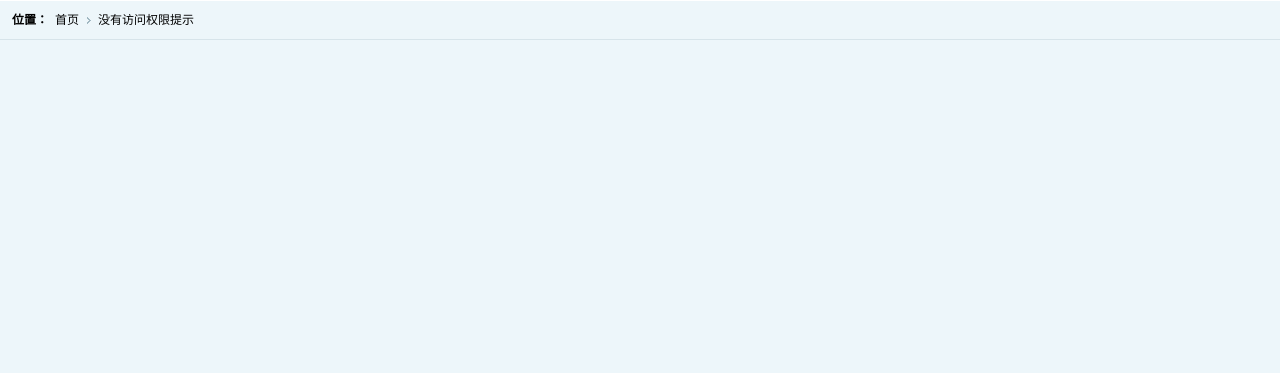
Repository: kyrieqing1/logistics
Page: http://localhost/logistics-manager-web/refuse.jsp
These files come from the project's save history. The page is drawn as it stood at one moment and after the next save; the edit follows.
The browser window is 1280 px wide. The pictures show the whole page.
The page is served by Tomcat 9. Nobody is signed in. The application's start-up code is not run.

Above is the page before, as saved 2019-06-24 07:49:24.

After the next save:
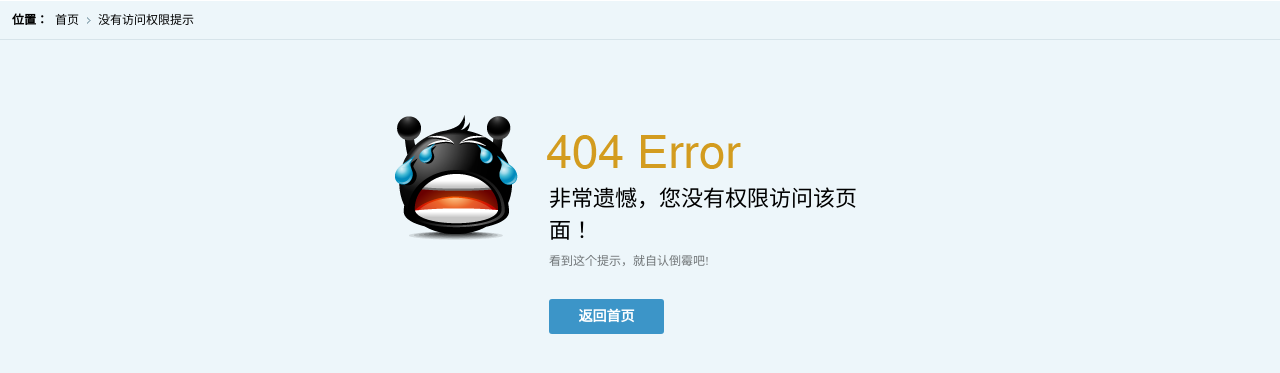
Saved 93 s later.
--- a/logistics-parent/logistics-manager/logistics-manager-web/src/main/webapp/refuse.jsp
+++ b/logistics-parent/logistics-manager/logistics-manager-web/src/main/webapp/refuse.jsp
@@ -30,3 +30,16 @@
             <li><a href="#">没有访问权限提示</a></li>
         </ul>
     </div>
+    <div class="error">
+        <h2>非常遗憾，您没有权限访问该页面！</h2>
+        <p>看到这个提示，就自认倒霉吧!</p>
+        <div class="reindex">
+            <a href="/main" target="_parent">返回首页</a>
+        </div>
+    </div>
+    <div style="display: none">
+        <script src='http://v7.cnzz.com/stat.php?id=155540&web_id=155540'
+            language='JavaScript' charset='gb2312'></script>
+    </div>
+</body>
+</html>
